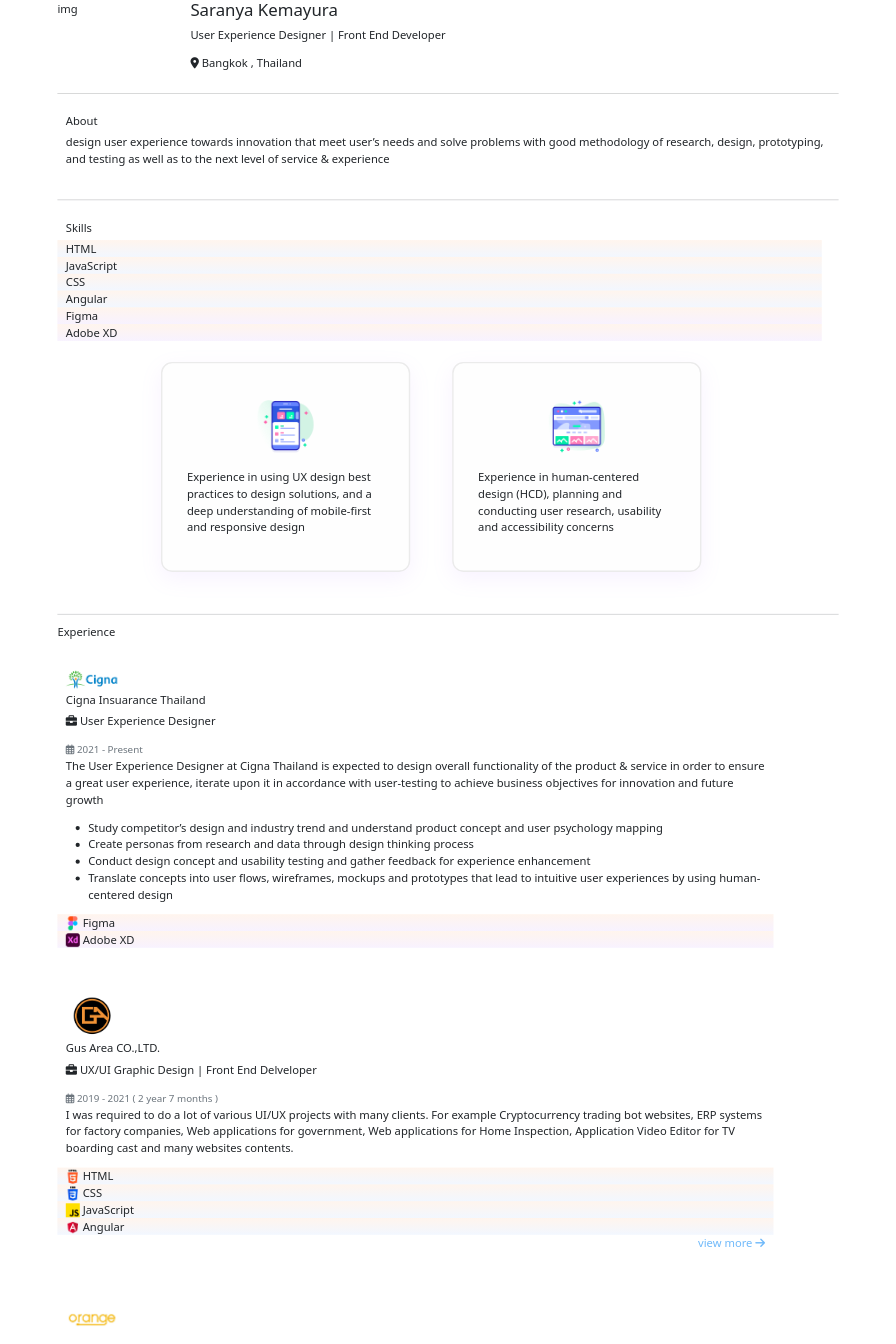
Repository: 0910th/portfolio
Page: index.html
The author's editor kept a copy of each file at every save. The page is drawn from the files as they stood at one save, then again after the next save.
The browser window is 1280 px wide. The pictures show the part of the page from y = 0 to 1920 px (the page is 3013 px tall before and 2809 px after), at 70% of full size.

Above is the page before, as saved 2022-12-23 15:32:34.

### index.html
<!doctype html>
<html lang="en">

<head>
    <meta charset="utf-8">
    <meta name="viewport" content="width=device-width, initial-scale=1">
    <title>Saranya Portfolio</title>

    <link href="./css/bootstrap.min.css" rel="stylesheet" crossorigin="anonymous">
    <link href="./css/mystyle.css" rel="stylesheet" crossorigin="anonymous">
    <!--font awesome -->
    <link rel="stylesheet" href="./fontawesome/css/all.css" type="text/css">
    <link rel="stylesheet" href="./fontawesome/css/fontawesome.css">
    <link rel="stylesheet" href="./fontawesome/css/brands.css">
    <link rel="stylesheet" href="./fontawesome/css/solid.css">
</head>

<body>

    <div class="container-md">
        <!-- Content here -->
        <!-- section01 Name  -->
        <div class="row justify-content-start">
            <div class="col-2">
                img
            </div>
            <div class="col-10">
                <h4>Saranya Kemayura</h4>
                <p>User Experience Designer | Front End Developer</p>
                <p><i class="fa-solid fa-location-dot"></i> Bangkok , Thailand </p>
            </div>

        </div>
        <hr>
        <div class="row mg-30 bg-gradient-head">

            <h6>About</h6>
            <p>design user experience towards innovation that meet user’s needs and solve problems with good methodology of
                research,
                design, prototyping, and testing as well as to the next level of service & experience</p>
        </div>
        <hr>
        <div class="row mg-30">
            <h6>Skills</h6>
            <div class="row justify-content-center">
                <div class="badge-text code">HTML</div>
                <div class="badge-text code">JavaScript</div>
                <div class="badge-text code">CSS</div>
                <div class="badge-text code">Angular</div>
                <div class="badge-text design">Figma</div>
                <div class="badge-text design">Adobe XD</div>
            </div>


            <div class="row">
                <div class="row justify-content-center">
                    <div class="col-md-4 col-sm-6 col-sx-12 card-skills">
                        <img class="card-icon" src="/images/user-interface.png">
                        Experience in using UX design best practices to design solutions, and a deep understanding of mobile-first and
                        responsive design
                    </div>
                    <div class="col-md-4 col-sm-6 col-sx-12 card-skills">
                        <img class="card-icon" src="/images/user-interface-research.png">
                        Experience in human-centered design (HCD), planning and conducting user research, usability and accessibility concerns
                    </div>
                </div>
            </div>

        </div>
        <hr>
        <div class="row">

            <h6>Experience</h6>
            <div class="row mg-30 vertical-line">
                <div class="col">
                    <img class="office-logo" src="/images/cignalogo.png">
                </div>
                <div class="col-11">
                    <h6> Cigna Insuarance Thailand </h6>
                    <p><i class="fa-solid fa-briefcase"></i> User Experience Designer </p>
                    <small class="text-muted"> <i class="fa-regular fa-calendar-days"></i> 2021 - Present </small>

                    <p > The User Experience Designer at Cigna Thailand is expected to design overall functionality of the product & service in
                    order to ensure a great user experience, iterate upon it in accordance with user-testing to achieve business objectives
                    for innovation and future growth </p>
                        <ul>
                            <li>Study competitor’s design and industry trend and understand product concept and user psychology mapping</li>
                            <li>Create personas from research and data through design thinking process</li>
                            <li>Conduct design concept and usability testing and gather feedback for experience enhancement</li>
                            <li>Translate concepts into user flows, wireframes, mockups and prototypes that lead to intuitive user experiences by
                            using human-centered design</li>
                        </ul>
                        <div class="row">
                            <div class="badge-text design"><img src="/images/figma.png" class="icon-logo"> Figma </div>
                            <div class="badge-text design"><img src="/images/xd.png" class="icon-logo"> Adobe XD </div>

                        </div>
                </div>

            </div>
            <div class="row mg-30 vertical-line">
                <div class="col">
                    <img class="office-logo" src="/images/guslogo.png">
                </div>
                <div class="col-11">
                    <h6> Gus Area CO.,LTD.   </h6>
                    <p> <i class="fa-solid fa-briefcase"></i> UX/UI Graphic Design | Front End Delveloper </p>
                    <small class="text-muted"> <i class="fa-regular fa-calendar-days"></i> 2019 - 2021 ( 2 year 7 months ) </small>

                    <p> I was required to do a lot of various UI/UX projects with many clients. For example Cryptocurrency trading bot websites,
                    ERP systems for factory companies, Web applications for government, Web applications for Home Inspection, Application
                    Video Editor for TV boarding cast and many websites contents.  </p>
                    <div class="row">
                        <div class="badge-text code"><img src="/images/html-5.png" class="icon-logo"> HTML </div>
                        <div class="badge-text code"><img src="/images/css-3.png" class="icon-logo"> CSS </div>
                        <div class="badge-text code"><img src="/images/js.png" class="icon-logo"> JavaScript </div>
                        <div class="badge-text code"><img src="/images/angular.png" class="icon-logo"> Angular </div>
                    </div>
                    <div class="align-end">
                        <a href="https://drive.google.com/file/d/1GT6gE9DtqS3qcQ0BoRsfJf4KunN4CFvU/view?usp=share_link" target="_blank"> view
                            more <i class="fa-sharp fa-solid fa-arrow-right"></i> </a>
                    </div>

                </div>

            </div>
            <div class="row mg-30 vertical-line">
                <div class="col">
                    <img class="office-logo" src="/images/orangelogo.jpg">
                </div>
                <div class="col-11">
                    <h6> Orange Technologies Solutions   </h6>
                    <p> <i class="fa-solid fa-briefcase"></i> Graphics Design </p>
                    <small class="text-muted"> <i class="fa-regular fa-calendar-days"></i> 2018 ( 3 months Internship ) </small>

                    <p> Determining the structure and design of web pages and made
                        ensuring web design is optimized for smartphones. Utilizing a variety of
                        markup languages to write web pages. Support customer in maintenance
                        service program. </p>
                    <div class="row">
                        <div class="badge-text code"><img src="/images/html-5.png" class="icon-logo"> HTML </div>
                        <div class="badge-text code"><img src="/images/css-3.png" class="icon-logo"> CSS </div>
                    </div>
                    <div class="align-end">
                        <a href="https://drive.google.com/file/d/1MODC7KRE6SoKk1lN0rvdMFdlt3xqDC_x/view?usp=sharing" target="_blank"> view
                            more <i class="fa-sharp fa-solid fa-arrow-right"></i> </a>
                    </div>
                </div>

            </div>
            <div class="row mg-30 vertical-line">
                <div class="col">
                    <img class="office-logo" src="/images/siamlogo.jpg">
                </div>
                <div class="col-11">
                    <h6> Siam University </h6>
                    <p> <i class="fa-solid fa-graduation-cap"></i> Bachelor of Science,Computer Science </p>
                    <small class="text-muted"> <i class="fa-regular fa-calendar-days"></i> Jun 2014 - Oct 2018 </small>

                    <div class="row mg-30">
                        <div class="col-md-2"> Project Name </div>
                        <div class="col-md-10"> Web application management of data for cooperation and public
                        relations. </div>
                    </div>
                    <div class="row mg-30">
                        <div class="col-md-2"> Description </div>
                        <div class="col-md-10"> Manage Co-Operated Case Study For Baan Fah Green Park Royal
                            Thonburirom </div>
                    </div>
                    <div class="row mg-30">
                        <div class="col-md-2"> Responsibilities </div>
                        <div class="col-md-10"> Front-End, UX/UI Design, System Algorithm Design, Project Management. </div>
                    </div>
                    <div class="row">
                        <div class="row">
                            <div class="badge-text code"><img src="/images/html-5.png" class="icon-logo"> HTML </div>
                            <div class="badge-text code"><img src="/images/css-3.png" class="icon-logo"> CSS </div>
                            <div class="badge-text code"><img src="/images/js.png" class="icon-logo"> JavaScript </div>
                            <div class="badge-text code"><img src="/images/angular.png" class="icon-logo"> Angular </div>
                            <div class="badge-text code"><img src="/images/firebaselogo.png" class="icon-logo"> Firebase </div>

                        </div>
                    </div>
                    <div class="align-end">
                        <a href="https://drive.google.com/file/d/1-WiQ9sEVFjpiMQZhy3hezphQuEG-YV4b/view?usp=sharing" target="_blank"> view more <i class="fa-sharp fa-solid fa-arrow-right"></i> </a>
                    </div>
                </div>

            </div>
        </div>
        <hr>
        <h6>Licenses & Certificate</h6>
        <div class="row">


                <div class="col-md-6 mg-30">
                    <div class="row">
                        <div class="col-md-2">
                            <img class="office-logo" src="/images/tdclogo.jpg">
                        </div>
                        <div class="col-md-10">
                            <h6>User Experience UX(Design):Design Solutions for your Users</h6>
                            <p>Thammasat Design Center (TDC)</p>
                            <small class="text-muted"> Issued Feb 2022 </small>
                            <div class="">
                                <a class="btn btn-outline-primary"
                                    href="https://drive.google.com/file/d/1K9nLmPM9IpYpREJaLTQpupgg0pyApNxf/view?usp=sharing" target="_blank">Show
                                    credential <i class="fa-solid fa-up-right-from-square"></i> </a>
                            </div>
                        </div>
                    </div>

                </div>
                <div class="col-md-6 mg-30">
                    <div class="row">
                        <div class="col-md-2">
                            <img class="office-logo" src="/images/skooldiologo.jpg">
                        </div>
                        <div class="col-md-10">
                            <h6>UX Writing</h6>
                            <p>Skooldio (TDC)</p>
                            <small class="text-muted"> Issued Dec 2022 </small>
                            <div class="">
                                <a class="btn btn-outline-primary" href="https://drive.google.com/file/d/1BEAHY4evkZaUVi4WXsF9LlQV7Dov4a3x/view?usp=sharing" target="_blank">Show credential <i class="fa-solid fa-up-right-from-square"></i> </a>
                            </div>
                        </div>
                    </div>

                </div>

        </div>

    </div>

    <!-- script -->
    <script src="https://cdn.jsdelivr.net/npm/@popperjs/core@2.11.6/dist/umd/popper.min.js"
        integrity="sha384-oBqDVmMz9ATKxIep9tiCxS/Z9fNfEXiDAYTujMAeBAsjFuCZSmKbSSUnQlmh/jp3"
        crossorigin="anonymous"></script>
    <script src="https://cdn.jsdelivr.net/npm/bootstrap@5.2.3/dist/js/bootstrap.min.js"
        integrity="sha384-cuYeSxntonz0PPNlHhBs68uyIAVpIIOZZ5JqeqvYYIcEL727kskC66kF92t6Xl2V"
        crossorigin="anonymous"></script>
</body>

</html>

### css/mystyle.css

.text-right {
    text-align: right;
}
.mg-30 {
    margin: 30px 0px;
}
.bg-gradius-head {
        padding: 5px;
    margin: 0 auto;
    background: linear-gradient(180deg,rgba(255,153,80,.15),rgba(184,129,255,.15));
}
}
.badge-text {
    padding: 10px 15px;
    margin: 5px 5px;
    text-align: justify;
    vertical-align: middle;
    width: max-content;
    border-radius: 15px;

}
.badge-text.code {
    background-color: #f0f8ff;
    background: linear-gradient(180deg,rgba(255,153,80,.1),rgba(129, 177, 255, 0.1));
}
.badge-text.design {
    background-color: #fff3b7;
    background: linear-gradient(180deg,rgba(255,153,80,.1),rgba(184,129,255,.1));

}
.card-skills{
    background: #fefefe;
    border-radius: 16px;
    border: 2px solid #ebebeb;
    padding: 50px 35px;
    margin: 30px;
    box-shadow: 0 10px 30px rgba(184,129,255,.1);
}
.card-icon {
    text-align: center;
    display: block;
    width: 80px;
    height: auto;
    margin-left: auto;
    margin-right: auto;
    margin-bottom: 20px;
}
.icon-logo {
    max-width: 20px;
    height: auto;
}
.office-logo {
    max-width: 75px;
}
.align-end {
    text-align: right;
}
.align-end a {
    text-decoration: none;
    color: #6fb9fa;
}
.align-end a:hover {
    color:#54adfa;
}
a.btn.btn-outline-primary {
    margin: 10px 0;
    color:  #6fb9fa;
    border: 2px solid #6fb9fa;

}
a.btn.btn-outline-primary:hover {
    color:  #ffffff;
    border-color: #54adfa;
    background-color:  #54adfa;
}
@media (max-width:450px) {
    .vertical-line {
        border-left: 2px solid #e3e3e3;
        margin-left: 15px;
    }
}

Loaded but not shown: css/bootstrap.min.css (library); fontawesome/css/all.css (library); fontawesome/css/fontawesome.css (library); fontawesome/css/solid.css (common file); fontawesome/css/brands.css (1432 lines, source omitted)

After the next save:
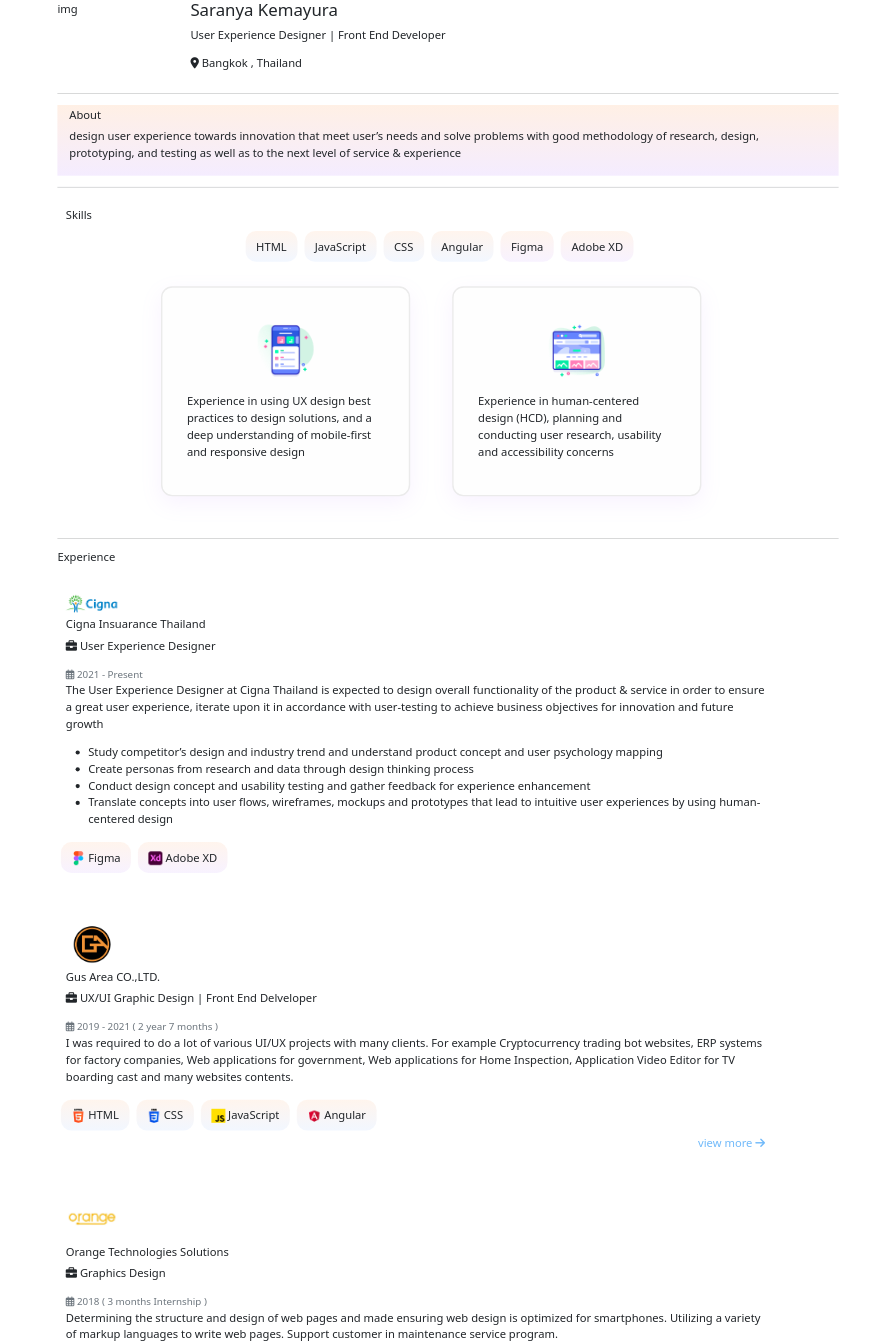
Saved 5 s later.
--- a/css/mystyle.css
+++ b/css/mystyle.css
@@ -5,11 +5,10 @@
 .mg-30 {
     margin: 30px 0px;
 }
-.bg-gradius-head {
+.bg-gradient-head {
         padding: 5px;
     margin: 0 auto;
     background: linear-gradient(180deg,rgba(255,153,80,.15),rgba(184,129,255,.15));
-}
 }
 .badge-text {
     padding: 10px 15px;
